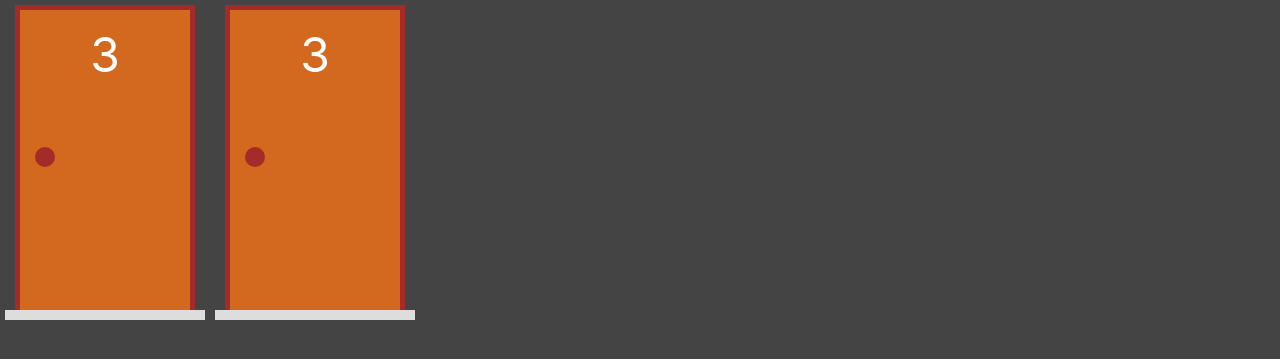
Repository: Mira757/Projeto-Porta-Premiada
Page: /
These files come from the project's save history. The page is drawn as it stood at one moment and after the next save; the edit follows.
The browser window is 1280 px wide. The pictures show the whole page.
The project was rebuilt for these pictures with package versions that can differ from the ones it lists, and the page was loaded fresh each time. The framework's server and built-in components were replaced by stand-ins that run in the browser. Also part of the build but not shown: next.config.js, styles/Presente.module.css, components/Presente.jsx.

Above is the page before, as saved 2022-03-16 18:44:27.

### pages/index.jsx
import Porta from "../components/Porta";
import Presente from "../components/Presente";

export default function Home() {
  return (
    <div style={{display: "flex"}}>
      <Porta/>
      <Porta/>
    </div>
  )
}

### styles/globals.css
html,
body {
  padding: 0;
  margin: 0;
  font-family: -apple-system, BlinkMacSystemFont, Segoe UI, Roboto, Oxygen,
    Ubuntu, Cantarell, Fira Sans, Droid Sans, Helvetica Neue, sans-serif;
  background-color: #444;
  color: #fff;
}

a {
  color: inherit;
  text-decoration: none;
}

* {
  box-sizing: border-box;
}

### components/Porta.jsx
import styles from "../styles/Porta.module.css"

export default function Porta(props) {
  return (
    <div className={styles.area}>
      <div className={styles.estrutura}>
        <div className={styles.porta}>
          <div className={styles.numero}>3</div>
          <div className={styles.macaneta}></div>
        </div>
      </div>
      <div className={styles.chao}></div>
    </div>
  )
}

### styles/Porta.module.css
.area {
  position: relative;
  display: flex;
  flex-direction: column;
  align-items: center;
  width: 200px;
  height: 315px;
  margin: 5px;
}

.estrutura {
  display: flex;
  width: 90%;
  flex-grow: 1;
  border-left: 5px solid brown;
  border-right: 5px solid brown;
  border-top: 5px solid brown;
}

.porta {
  display: flex;
  flex-direction: column;
  flex-grow: 1;
  background-color: chocolate;
  align-items: center;
  padding: 15px;
}

.numero {
  font-size: 3rem;
}

.macaneta {
  position: absolute;
  align-self: flex-start;
  top: calc(0.45 * 315px);
  height: 20px;
  width: 20px;
  border-radius: 10px;
  background-color: brown;
}

.chao {
  height: 10px;
  width: 100%;
  background-color: #ddd;
}

.selecionada {
  border-left: 5px solid yellow;
  border-right: 5px solid yellow;
  border-top: 5px solid yellow;
}

Loaded but not shown: pages/_app.js (common file)

After the next save:
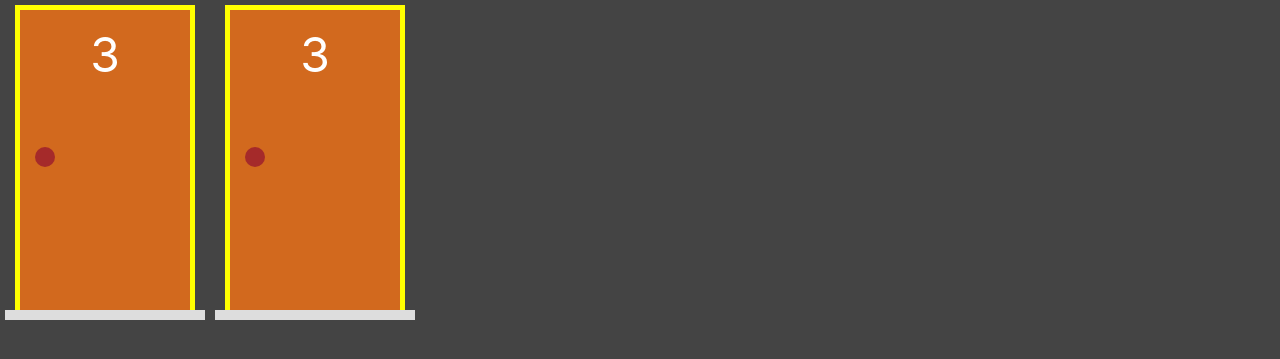
Saved 49 s later.
--- a/components/Porta.jsx
+++ b/components/Porta.jsx
@@ -3,7 +3,7 @@ import styles from "../styles/Porta.module.css"
 export default function Porta(props) {
   return (
     <div className={styles.area}>
-      <div className={styles.estrutura}>
+      <div className={`${styles.estrutura} ${styles.selecionada}`}>
         <div className={styles.porta}>
           <div className={styles.numero}>3</div>
           <div className={styles.macaneta}></div>
